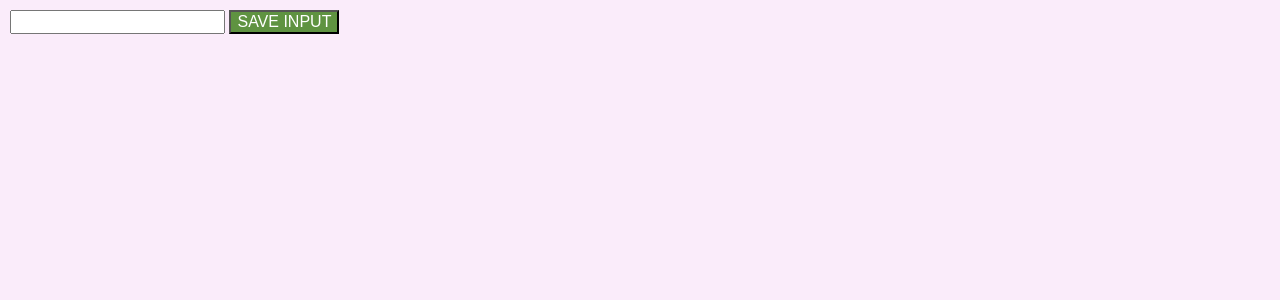
Repository: jt010051/chromeExtension
Page: index.html
These files come from the project's save history. The page is drawn as it stood at one moment and after the next save; the edit follows.
The browser window is 1280 px wide. The pictures show the whole page.

Above is the page before, as saved 2022-02-27 17:10:37.
Not found: index.js

After the next save:
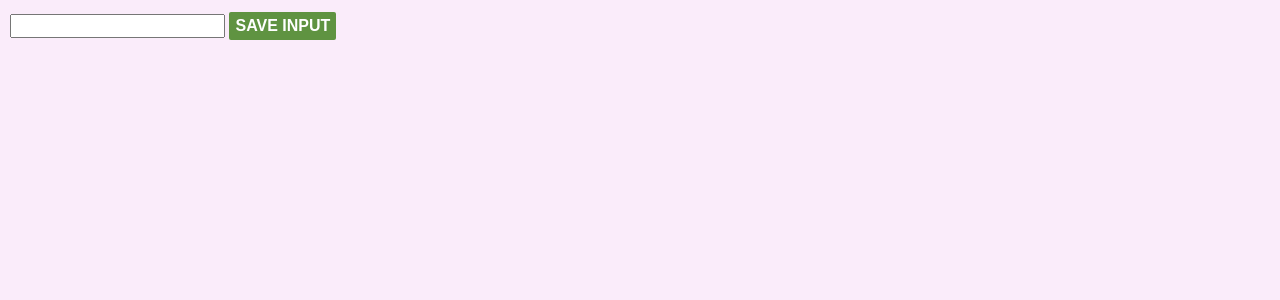
Saved 39 s later.
--- a/index.css
+++ b/index.css
@@ -14,4 +14,11 @@ input {
 button {
    background-color: #5f9341;
    color: white;
+   padding-top: 5px;
+    padding-bottom: 5px;
+    font-weight: bold;
+    border: none;
+    border-radius: 2px;
+    margin-bottom: 2px;
+    margin-top: 2px;
 }
